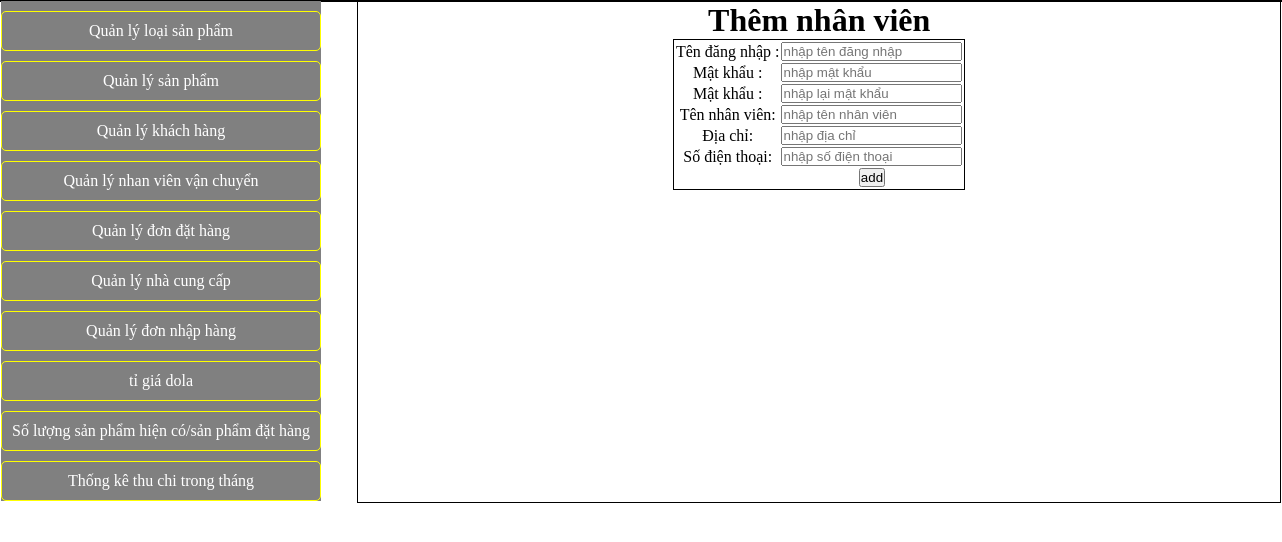
Repository: tranminhtam92/web
Page: http://localhost/demoview/admin/AddEmployee.jsp
These files come from the project's save history. The page is drawn as it stood at one moment and after the next save; the edit follows.
The browser window is 1280 px wide. The page is 1282 px wide, so the pictures cover 1282 px, including what lies to the right of the window. The pictures show the whole page.
The page is served by Tomcat 9.

Above is the page before, as saved 2016-12-25 04:14:52.

After the next save:
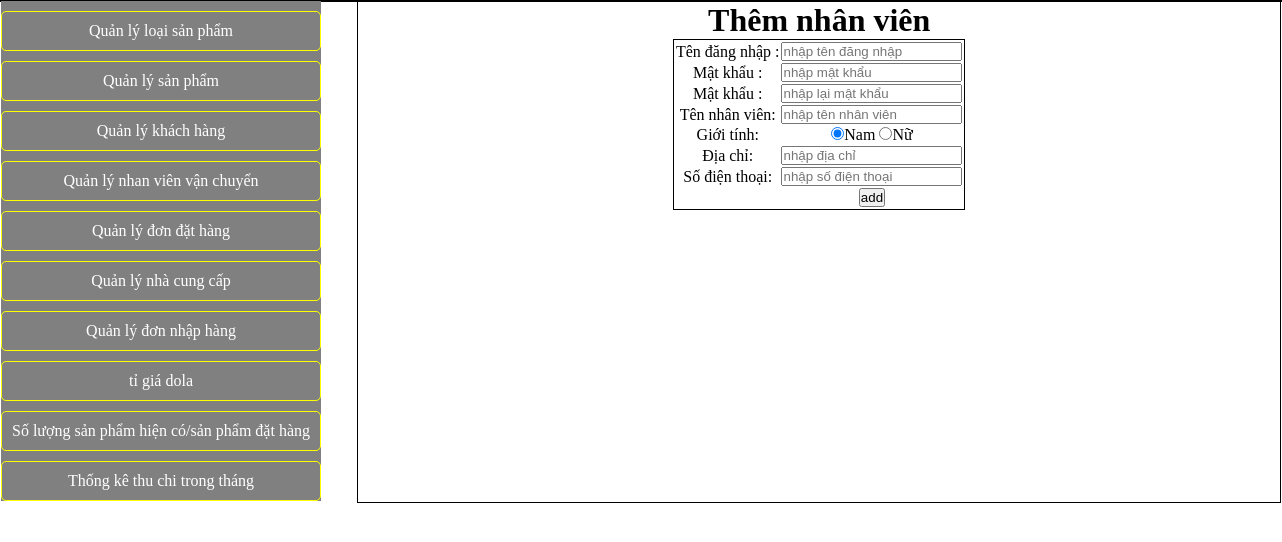
Saved 3 min 56 s later.
--- a/Code/demoview/WebContent/admin/AddEmployee.jsp
+++ b/Code/demoview/WebContent/admin/AddEmployee.jsp
@@ -39,6 +39,11 @@
 <td> <input type="text" name="employeename" placeholder="nhập tên nhân viên" value="" required></td>
 </tr>
 <tr>
+<td> Giới tính:</td>
+<td> <input type="radio" name="sex"  value="true" checked="checked">Nam
+<input type="radio" name="sex"  value="false" >Nữ</td>
+</tr>
+<tr>
 <td> Địa chỉ:</td>
 <td> <input type="text" name="employeeaddress" placeholder="nhập địa chỉ" value="" required></td>
 </tr>
